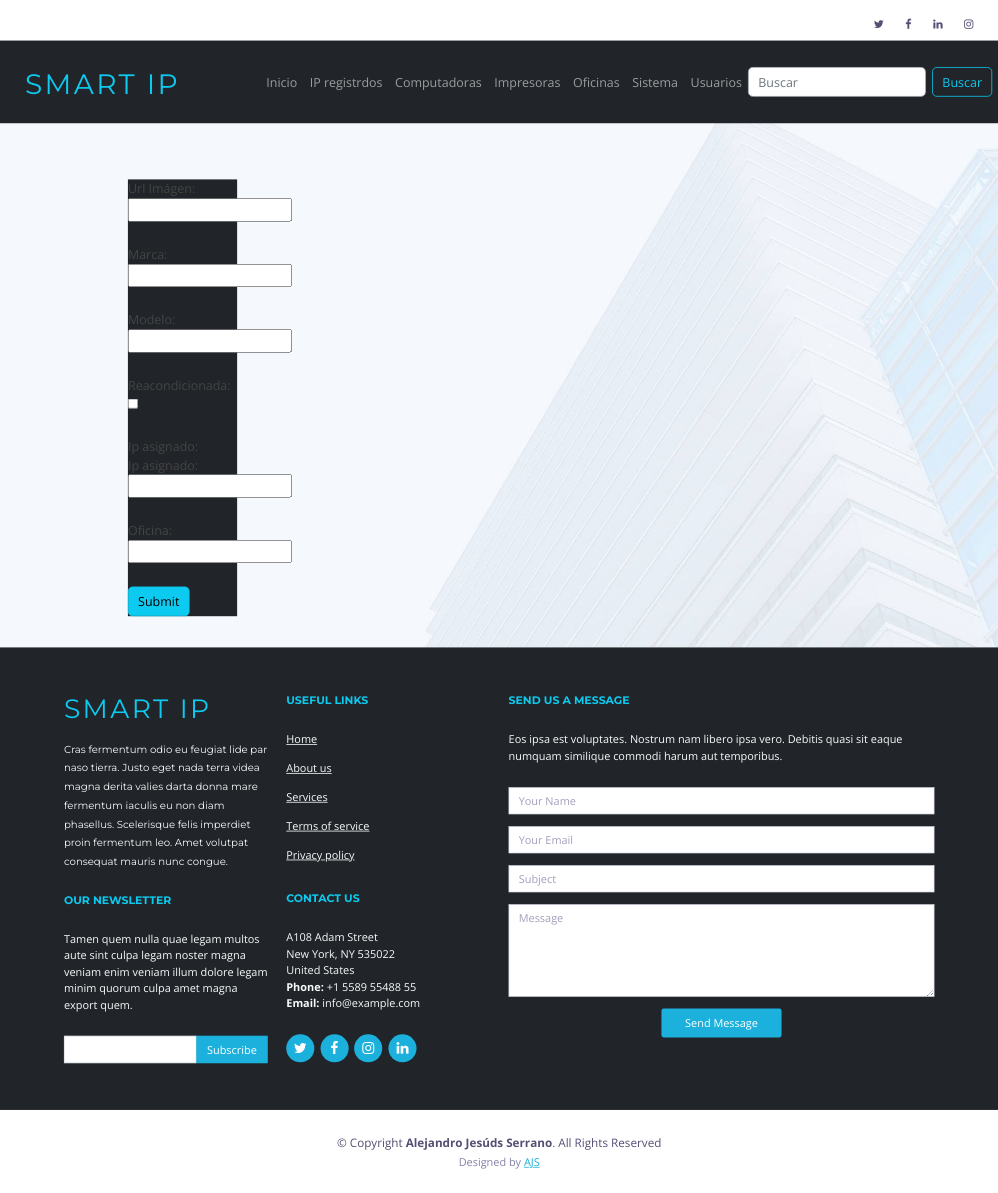
Repository: AlejandroJesusSerrano/SmartIPs
Page: smartip/smartipnav/templates/smartipnav/printer_form.html
These files come from the project's save history. The page is drawn as it stood at one moment and after the next save; the edit follows.
The browser window is 1280 px wide. The pictures show the whole page, at 78% of full size.
The page is served by the project's application, run on Django 4.2 (smartip/manage.py). Other server files are loaded and not shown. The template is opened directly, without the code that normally fills it, so the values that code supplies are empty.

Above is the page before, as saved 2022-11-14 08:07:34.

### smartip/smartipnav/templates/smartipnav/printer_form.html
{% extends 'smartipnav/base.html' %}

{% block content %}
<section id="intro" class="clearfix">
    <div class="container d-flex h-100">
        <div class="row justify-content-center align-self-center">
            <div class="col-md-6 intro-info order-md-first order-last">
                <form action="" method="post">
                    {% csrf_token %}
                    <div class="form-group bg-dark">
                        <label for="printer_image">Url Imágen: </label>
                        <input type="url" name="printer_image" id="printer_add"></p>

                        <label for="printer_brand">Marca: </label>
                        <input type="text" name="printer_brand" id="printer_brand"></p>

                        <label for="printer_model">Modelo: </label>
                        <input type="text" name="printer_model" id="printer_model"></p>

                        <label for="printer_rebuilded">Reacondicionada: </label>
                        <input type="checkbox" name="printer_rebuilded" id="printer_rebuilded"></p>

                        <label for="printer_ip">Ip asignado: </label>
                        <p>Ip asignado: <input type="text" name="printer_ip" id="printer_ip"></p>

                        <label for="printer_office">Oficina: </label>
                        <input type="text" namr="printer_office" id="printer_office"></p>

                        <button type="submit" class="btn btn-info">Submit</button>
                    </div>
                </form>
            </div>
        </div>
    </div>
{% endblock %}

### smartip/smartipnav/templates/smartipnav/base.html
<!DOCTYPE html>
<html lang="en">
<head>

  {% load static %}
  <meta charset="utf-8">
  <title>Smart IP</title>
  <meta content="width=device-width, initial-scale=1.0" name="viewport">
  <meta content="" name="keywords">
  <meta content="" name="description">

  <!-- Favicons -->
  <link href="{% static 'smartipnav/img/favicon.png' %}" rel="icon">
  <link href="{% static 'smartipnav/img/apple-touch-icon.png' %}" rel="apple-touch-icon">

  <!-- Google Fonts -->
  <link href="https://fonts.googleapis.com/css?family=Open+Sans:300,300i,400,400i,500,600,700,700i|Montserrat:300,400,500,600,700" rel="stylesheet">

  <!-- Bootstrap CSS File -->
  <link href="https://cdn.jsdelivr.net/npm/bootstrap@5.2.2/dist/css/bootstrap.min.css" rel="stylesheet" integrity="sha384-Zenh87qX5JnK2Jl0vWa8Ck2rdkQ2Bzep5IDxbcnCeuOxjzrPF/et3URy9Bv1WTRi" crossorigin="anonymous">

  <!-- Libraries CSS Files -->
  <link href="{% static 'smartipnav/lib/font-awesome/css/font-awesome.min.css' %}" rel="stylesheet">
  <link href="{% static 'smartipnav/lib/animate/animate.min.css' %}" rel="stylesheet">
  <link href="{% static 'smartipnav/lib/ionicons/css/ionicons.min.css' %}" rel="stylesheet">
  <link href="{% static 'smartipnav/lib/owlcarousel/assets/owl.carousel.min.css' %}" rel="stylesheet">
  <link href="{% static 'smartipnav/lib/lightbox/css/lightbox.min.css' %}" rel="stylesheet">

  <!-- Main Stylesheet File -->
  <link href="{% static 'smartipnav/css/style.css' %}" rel="stylesheet">

  <!-- =======================================================
    Theme Name: Rapid
    Theme URL: https://bootstrapmade.com/rapid-multipurpose-bootstrap-business-template/
    Author: BootstrapMade.com
    License: https://bootstrapmade.com/license/
  ======================================================= -->
</head>

<body>
  <!--==========================
  Header
  ============================-->
  <header id="header">

    <div id="topbar">
      <div class="container me-2">
        <div class="social-links">
          <a href="#" class="twitter"><i class="fa fa-twitter"></i></a>
          <a href="#" class="facebook"><i class="fa fa-facebook"></i></a>
          <a href="#" class="linkedin"><i class="fa fa-linkedin"></i></a>
          <a href="#" class="instagram"><i class="fa fa-instagram"></i></a>
        </div>
      </div>
    </div>

    <nav class="navbar navbar-expand-lg navbar-dark bg-dark">
      <a class="navbar-brand" href="index">
        <div class="logo mb-4">
          <!-- Uncomment below if you prefer to use an image logo -->
          <h1 class="text-bg-dark mx-auto "><a href="index"><span class= "text-info">Smart IP</span></a></h1>
          <!-- <a href="#header" class="scrollto"><img src="img/logo.png" alt="" class="img-fluid"></a> -->
        </div>
      </a>
      <button class="navbar-toggler" type="button" data-bs-toggle="collapse" data-bs-target="#navbarSupportedContent" aria-controls="navbarSupportedContent" aria-expanded="false" aria-label="Toggle navigation">
        <span class="navbar-toggler-icon"></span>
      </button>
      <div class="collapse navbar-collapse" id="navbarSupportedContent">
        <ul class="navbar-nav ms-auto mb-2 mb-lg-0">
          <li class="nav-item">
            <a class="nav-link {% block indexactive %} {% endblock %}" aria-current="page" href="{% url 'Inicio' %}">Inicio</a>
          </li>
          <li class="nav-item">
            <a class="nav-link {% block ipactive %} {% endblock %}" aria-current="page" href=" {% url 'Ip' %}">IP registrdos</a>
          </li>
          <li class="nav-item">
            <a class="nav-link {% block computeractive %} {% endblock %}" aria-current="page" href="{% url 'Computers' %}">Computadoras</a>
          </li>
          <li class="nav-item">
            <a class="nav-link {% block printersactive %} {% endblock %}" aria-current="page" href="{% url 'Printers' %}">Impresoras</a>
          </li>
          <li class="nav-item">
            <a class="nav-link {% block officesactive %} {% endblock %}" aria-current="page" href="{% url 'Offices' %}">Oficinas</a>
          </li>
          <li class="nav-item">
            <a class="nav-link {% block usersactive %} {% endblock %}" aria-current="page" href="{% url 'Users' %}">Sistema</a>
          </li>
          <li class="nav-item">
            <a class="nav-link {% block userspcactive %} {% endblock %}" aria-current="page" href="{% url 'UsersPc' %}">Usuarios</a>
          </li>

          <!-- <li class="nav-item dropdown">
            <a class="nav-link dropdown-toggle" href="#" id="navbarDropdown" role="button" data-bs-toggle="dropdown" aria-expanded="false">
              Dropdown
            </a>
            <ul class="dropdown-menu" aria-labelledby="navbarDropdown">
              <li><a class="dropdown-item" href="#">Acción</a></li>
              <li><a class="dropdown-item" href="#">Otra acción</a></li>
              <li><hr class="dropdown-divider"></li>
              <li><a class="dropdown-item" href="#">Algo más aquí</a></li>
            </ul>
          </li>
          <li class="nav-item">
            <a class="nav-link disabled">Deshabilitado</a>
          </li> -->
        </ul>
        <form class="d-flex" role="search">
          <input class="form-control me-2" type="search" placeholder="Buscar" aria-label="Buscar">
          <button class="btn btn-outline-info me-2" type="submit">Buscar</button>
        </form>
      </div>
    </nav>
  </header><!-- #header -->



    {% block content %}

    {% endblock %}



  <!--==========================
    Footer
  ============================-->
  <footer id="footer" class="section-bg">
    <div class="footer-top bg-dark">
      <div class="container bg-dark">

        <div class="row">

          <div class="col-lg-6">

            <div class="row">

                <div class="col-sm-6">

                  <div class="footer-info">
                    <h3 class="text-info">Smart Ip</h3>
                    <p class="text-light">Cras fermentum odio eu feugiat lide par naso tierra. Justo eget nada terra videa magna derita valies darta donna mare fermentum iaculis eu non diam phasellus. Scelerisque felis imperdiet proin fermentum leo. Amet volutpat consequat mauris nunc congue.</p>
                  </div>

                  <div class="footer-newsletter">
                    <h4 class="text-info">Our Newsletter</h4>
                    <p class="text-light">Tamen quem nulla quae legam multos aute sint culpa legam noster magna veniam enim veniam illum dolore legam minim quorum culpa amet magna export quem.</p>
                    <form action="" method="post">
                      <input type="email" name="email"><input type="submit"  value="Subscribe">
                    </form>
                  </div>

                </div>

                <div class="col-sm-6">
                  <div class="footer-links">
                    <h4 class="text-info">Useful Links</h4>
                    <ul>
                      <li><a class="text-light" href="#">Home</a></li>
                      <li><a class="text-light" href="#">About us</a></li>
                      <li><a class="text-light" href="#">Services</a></li>
                      <li><a class="text-light" href="#">Terms of service</a></li>
                      <li><a class="text-light" href="#">Privacy policy</a></li>
                    </ul>
                  </div>

                  <div class="footer-links">
                    <h4 class="text-info">Contact Us</h4>
                    <p class="text-light">
                      A108 Adam Street <br>
                      New York, NY 535022<br>
                      United States <br>
                      <strong>Phone:</strong> +1 5589 55488 55<br>
                      <strong>Email:</strong> info@example.com<br>
                    </p>
                  </div>

                  <div class="social-links">
                    <a href="#" class="twitter"><i class="fa fa-twitter"></i></a>
                    <a href="#" class="facebook"><i class="fa fa-facebook"></i></a>
                    <a href="#" class="instagram"><i class="fa fa-instagram"></i></a>
                    <a href="#" class="linkedin"><i class="fa fa-linkedin"></i></a>
                  </div>

                </div>

            </div>

          </div>

          <div class="col-lg-6">

            <div class="form">

              <h4 class="text-info">Send us a message</h4>
              <p class= "text-light">Eos ipsa est voluptates. Nostrum nam libero ipsa vero. Debitis quasi sit eaque numquam similique commodi harum aut temporibus.</p>
              <form action="" method="post" role="form" class="contactForm">
                <div class="form-group">
                  <input type="text" name="name" class="form-control" id="name" placeholder="Your Name" data-rule="minlen:4" data-msg="Please enter at least 4 chars" />
                  <div class="validation"></div>
                </div>
                <div class="form-group">
                  <input type="email" class="form-control" name="email" id="email" placeholder="Your Email" data-rule="email" data-msg="Please enter a valid email" />
                  <div class="validation"></div>
                </div>
                <div class="form-group">
                  <input type="text" class="form-control" name="subject" id="subject" placeholder="Subject" data-rule="minlen:4" data-msg="Please enter at least 8 chars of subject" />
                  <div class="validation"></div>
                </div>
                <div class="form-group">
                  <textarea class="form-control" name="message" rows="5" data-rule="required" data-msg="Please write something for us" placeholder="Message"></textarea>
                  <div class="validation"></div>
                </div>

                <div id="sendmessage">Your message has been sent. Thank you!</div>
                <div id="errormessage"></div>

                <div class="text-center"><button type="submit" title="Send Message">Send Message</button></div>
              </form>
            </div>

          </div>



        </div>

      </div>
    </div>

    <div class="container">
      <div class="copyright">
        &copy; Copyright <strong>Alejandro Jesúds Serrano</strong>. All Rights Reserved
      </div>
      <div class="credits">
        <!--
          All the links in the footer should remain intact.
          You can delete the links only if you purchased the pro version.
          Licensing information: https://bootstrapmade.com/license/
          Purchase the pro version with working PHP/AJAX contact form: https://bootstrapmade.com/buy/?theme=Rapid
        -->
        Designed by <a href="https://AJS.com/">AJS</a>
      </div>
    </div>
  </footer><!-- #footer -->

  <a href="#" class="back-to-top"><i class="fa fa-chevron-up"></i></a>
  <!-- Uncomment below i you want to use a preloader -->
  <!-- <div id="preloader"></div> -->

  <!-- JavaScript Libraries -->
  <script src="{% static 'smartipnav/lib/jquery/jquery.min.js' %}"></script>
  <script src="{% static 'smartipnav/lib/jquery/jquery-migrate.min.js' %}"></script>
  <script src="https://cdn.jsdelivr.net/npm/bootstrap@5.2.2/dist/js/bootstrap.bundle.min.js" integrity="sha384-OERcA2EqjJCMA+/3y+gxIOqMEjwtxJY7qPCqsdltbNJuaOe923+mo//f6V8Qbsw3" crossorigin="anonymous"></script>
  <script src="{% static 'smartipnav/lib/easing/easing.min.js' %}"></script>
  <script src="{% static 'smartipnav/lib/mobile-nav/mobile-nav.js' %}"></script>
  <script src="{% static 'smartipnav/lib/wow/wow.min.js' %}"></script>
  <script src="{% static 'smartipnav/lib/waypoints/waypoints.min.js' %}"></script>
  <script src="{% static 'smartipnav/lib/counterup/counterup.min.js' %}"></script>
  <script src="{% static 'smartipnav/lib/owlcarousel/owl.carousel.min.js' %}"></script>
  <script src="{% static 'smartipnav/lib/isotope/isotope.pkgd.min.js' %}"></script>
  <script src="{% static 'smartipnav/lib/lightbox/js/lightbox.min.js' %}"></script>
  <!-- Contact Form JavaScript File -->
  <script src="{% static 'smartipnav/contactform/contactform.js' %}"></script>

  <!-- Template Main Javascript File -->
  <script src="{% static 'smartipnav/js/main.js' %}"></script>

</body>
</html>

### smartip/smartip/urls.py
"""smartip URL Configuration

The `urlpatterns` list routes URLs to views. For more information please see:
    https://docs.djangoproject.com/en/4.1/topics/http/urls/
Examples:
Function views
    1. Add an import:  from my_app import views
    2. Add a URL to urlpatterns:  path('', views.home, name='home')
Class-based views
    1. Add an import:  from other_app.views import Home
    2. Add a URL to urlpatterns:  path('', Home.as_view(), name='home')
Including another URLconf
    1. Import the include() function: from django.urls import include, path
    2. Add a URL to urlpatterns:  path('blog/', include('blog.urls'))
"""
from django.contrib import admin
from django.urls import path

urlpatterns = [
    path('admin/', admin.site.urls),
]

Loaded but not shown: smartip/smartipnav/static/smartipnav/lib/font-awesome/css/font-awesome.min.css (library); smartip/smartipnav/static/smartipnav/lib/animate/animate.min.css (library); smartip/smartipnav/static/smartipnav/lib/ionicons/css/ionicons.min.css (library); smartip/smartipnav/static/smartipnav/lib/owlcarousel/assets/owl.carousel.min.css (library); smartip/smartipnav/static/smartipnav/lib/lightbox/css/lightbox.min.css (common file); smartip/smartipnav/static/smartipnav/lib/jquery/jquery.min.js (library); smartip/smartipnav/static/smartipnav/lib/jquery/jquery-migrate.min.js (library); smartip/smartipnav/static/smartipnav/lib/easing/easing.min.js (common file); smartip/smartipnav/static/smartipnav/lib/mobile-nav/mobile-nav.js (common file); smartip/smartipnav/static/smartipnav/lib/wow/wow.min.js (library); smartip/smartipnav/static/smartipnav/lib/waypoints/waypoints.min.js (library); smartip/smartipnav/static/smartipnav/lib/counterup/counterup.min.js (common file); smartip/smartipnav/static/smartipnav/lib/owlcarousel/owl.carousel.min.js (library); smartip/smartipnav/static/smartipnav/lib/isotope/isotope.pkgd.min.js (library); smartip/smartipnav/static/smartipnav/lib/lightbox/js/lightbox.min.js (library); smartip/smartipnav/static/smartipnav/js/main.js (131 lines, source omitted); smartip/smartipnav/static/smartipnav/contactform/contactform.js (118 lines, source omitted); smartip/smartipnav/static/smartipnav/css/style.css (1573 lines, source omitted)

After the next save:
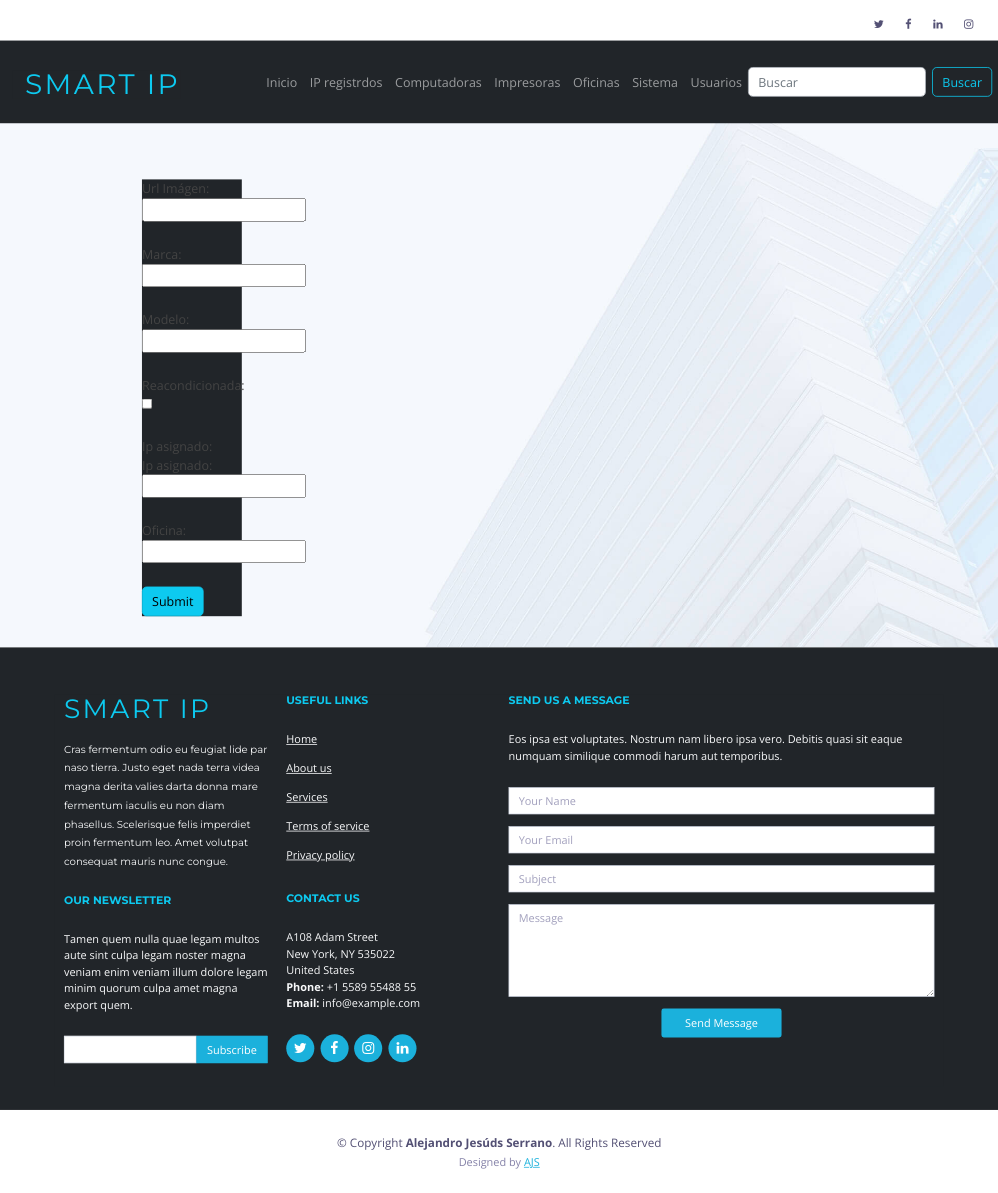
Saved 72 s later.
--- a/smartip/smartipnav/templates/smartipnav/printer_form.html
+++ b/smartip/smartipnav/templates/smartipnav/printer_form.html
@@ -7,26 +7,28 @@
             <div class="col-md-6 intro-info order-md-first order-last">
                 <form action="" method="post">
                     {% csrf_token %}
-                    <div class="form-group bg-dark">
-                        <label for="printer_image">Url Imágen: </label>
-                        <input type="url" name="printer_image" id="printer_add"></p>
+                    <div class="div container">
+                        <div class="form-group bg-dark">
+                            <label for="printer_image">Url Imágen: </label>
+                            <input type="url" name="printer_image" id="printer_add"></p>
 
-                        <label for="printer_brand">Marca: </label>
-                        <input type="text" name="printer_brand" id="printer_brand"></p>
+                            <label for="printer_brand">Marca: </label>
+                            <input type="text" name="printer_brand" id="printer_brand"></p>
 
-                        <label for="printer_model">Modelo: </label>
-                        <input type="text" name="printer_model" id="printer_model"></p>
+                            <label for="printer_model">Modelo: </label>
+                            <input type="text" name="printer_model" id="printer_model"></p>
 
-                        <label for="printer_rebuilded">Reacondicionada: </label>
-                        <input type="checkbox" name="printer_rebuilded" id="printer_rebuilded"></p>
+                            <label for="printer_rebuilded">Reacondicionada: </label>
+                            <input type="checkbox" name="printer_rebuilded" id="printer_rebuilded"></p>
 
-                        <label for="printer_ip">Ip asignado: </label>
-                        <p>Ip asignado: <input type="text" name="printer_ip" id="printer_ip"></p>
+                            <label for="printer_ip">Ip asignado: </label>
+                            <p>Ip asignado: <input type="text" name="printer_ip" id="printer_ip"></p>
 
-                        <label for="printer_office">Oficina: </label>
-                        <input type="text" namr="printer_office" id="printer_office"></p>
+                            <label for="printer_office">Oficina: </label>
+                            <input type="text" namr="printer_office" id="printer_office"></p>
 
-                        <button type="submit" class="btn btn-info">Submit</button>
+                            <button type="submit" class="btn btn-info">Submit</button>
+                        </div>
                     </div>
                 </form>
             </div>
